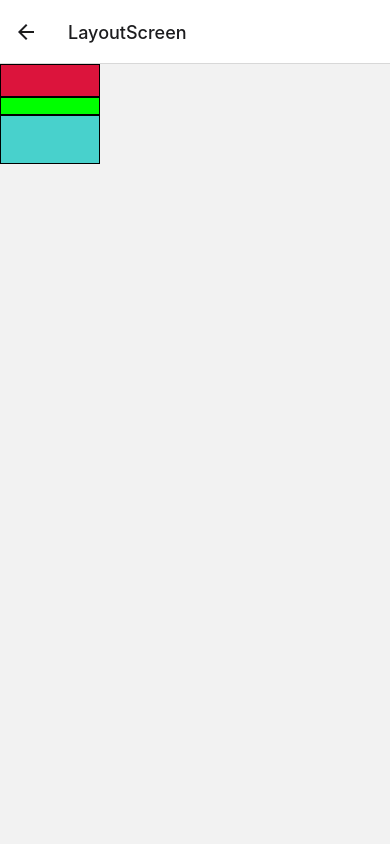
Repository: DS151-UFPR-2023/DS151_Israel-De-Quadros_EX4
Screen: /LayoutScreen
These files come from the project's save history. The screen is drawn as it stood at one moment and after the next save; the edit follows.
The app was drawn by React Native's web renderer in a window 390 px wide. The project was rebuilt for these pictures with package versions that can differ from the ones it lists, and the page was loaded fresh each time. Also part of the build but not shown: src/components/style.js, src/components/title/index.js, src/components/result/index.js, src/components/form/index.js, src/components/main/index.js, src/components/novoComponente/index.js, src/components/counterScreen.js, src/components/ColorList.js.

Above is the screen before, as saved 2023-09-08 18:41:38.

### App.js
import { StatusBar } from 'expo-status-bar';
import { StyleSheet, Text, View } from 'react-native';
import Title from './src/components/title';
import Main from './src/components/main';
import Home2 from './src/components/novoComponente';
import { NavigationContainer } from '@react-navigation/native';
import { createStackNavigator } from '@react-navigation/stack';
import HomeScreen from './src/HomeScreen';
import CounterScreen from './src/components/counterScreen';
import Form from './src/components/form';
import ColorList from './src/components/ColorList';
import LayoutScreen from './src/components/LayoutScreen';

const Stack = createStackNavigator();

export default function App() {
  return (
    <NavigationContainer>
      <Stack.Navigator>
        <Stack.Screen name="Home" component={HomeScreen} />
        <Stack.Screen name="Home2" component={Home2} />
        <Stack.Screen name="CounterScreen" component={CounterScreen} />
        <Stack.Screen name="Form" component={Form} />
        <Stack.Screen name="ColorList" component={ColorList} />
        <Stack.Screen name="LayoutScreen" component={LayoutScreen} />
      </Stack.Navigator>
    </NavigationContainer>
  );
}

const styles = StyleSheet.create({
  container: {
    flex: 1,
    backgroundColor: '#999',
    alignItems: 'center',
    justifyContent: 'center',
  },
});

### src/HomeScreen.js
import React from "react";
import { View, Text, StyleSheet, Button } from 'react-native';

function HomeScreen({ navigation }) {
    return (
        <View style={style.mainView}>
            <Text>Home Screen</Text>
            <Button title="Ir para Galeria!"
                onPress={() => navigation.navigate('Home2')}
            />
            <Button title="Ir para Counter!"
                onPress={() => navigation.navigate('CounterScreen')}
            />
            <Button title="Ir para Form!"
                onPress={() => navigation.navigate('Form')}
            />
            <Button title="Ir para ColorList!"
                onPress={() => navigation.navigate('ColorList')}
            />
            <Button title="Ir para LayoutScreen!"
                onPress={() => navigation.navigate('LayoutScreen')}
            />
        </View>
    )
}

export default HomeScreen;

const style = StyleSheet.create({
    mainView: {
        flex: 1,
        alignItems: 'center',
        justifyContent: 'center'
    }
})

### src/components/LayoutScreen.js
import React from "react";
import { View, Text, StyleSheet } from "react-native";

const LayoutScreen = () => {
    return (
        <View style={styles.root}>
            <View style={styles.elm1}></View>
            <View style={styles.elm2}></View>
            <View style={styles.elm3}></View>
        </View>
    )
}
const styles = StyleSheet.create({
    root: {
        width: 100,
        height: 100,
        backgroundColor: '#00FA9A',
    },
    elm1 : {
        flex:2,
        borderWidth: 1,
        backgroundColor: '#DC143C',
    },
    elm2 : {
        flex:1,
        borderWidth: 1,
        backgroundColor: '#00FF00',
    },
    elm3 : {
        flex:3,
        borderWidth: 1,
        backgroundColor: '#48D1CC',
    },
});
export default LayoutScreen;

After the next save:
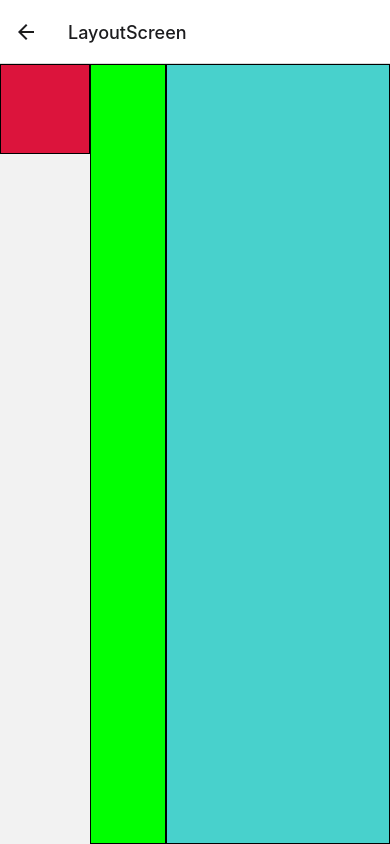
Saved 34 s later.
--- a/src/components/LayoutScreen.js
+++ b/src/components/LayoutScreen.js
@@ -11,16 +11,17 @@ const LayoutScreen = () => {
     )
 }
 const styles = StyleSheet.create({
-    root: {
-        width: 100,
-        height: 100,
-        backgroundColor: '#00FA9A',
-    },
-    elm1 : {
-        flex:2,
+    root:{
+        flex:1,
+        flexDirection: 'row',
+        justifyContent:'center',
+       },
+       elm1:{
+        backgroundColor:'#DC143C',
+        width:90,
+        height:90,
         borderWidth: 1,
-        backgroundColor: '#DC143C',
-    },
+       },
     elm2 : {
         flex:1,
         borderWidth: 1,
